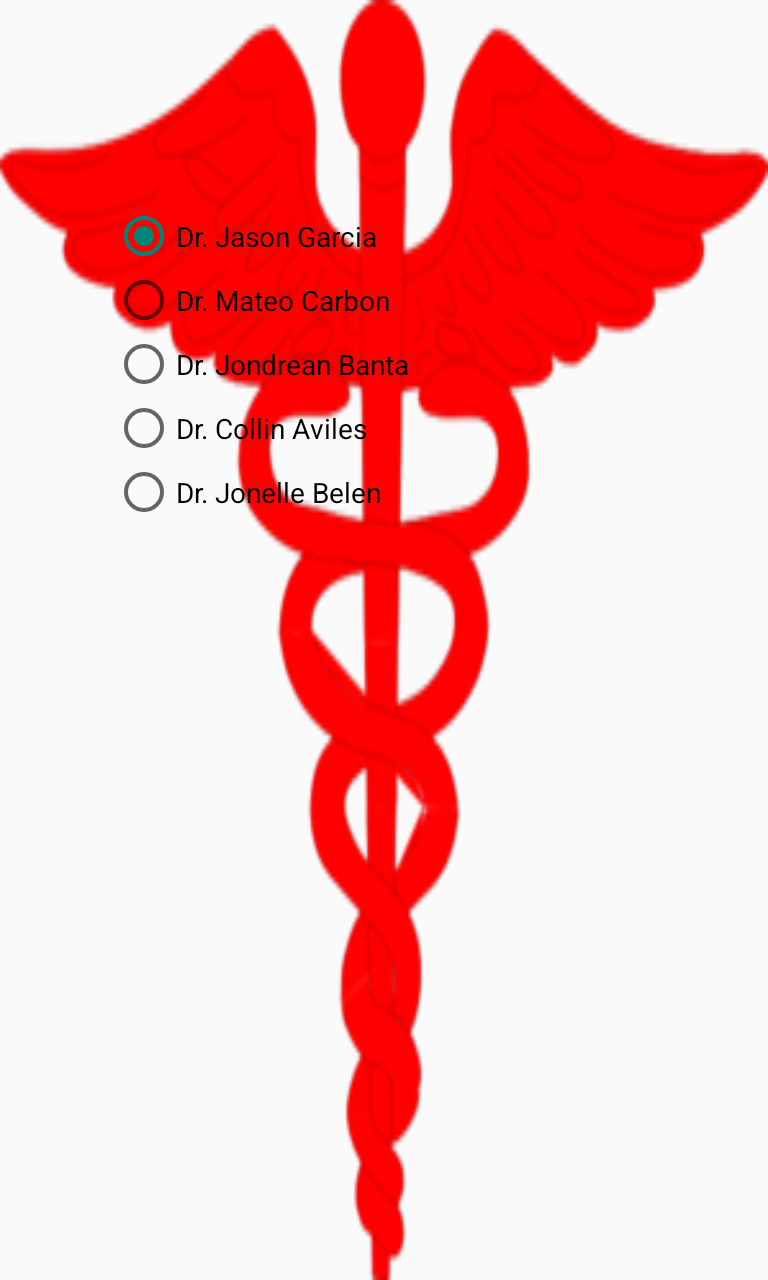
Repository: nave29/sem_1
Layout: VERSION_0.0/sem1_gica/res/layout/activity_doctors.xml
The author's editor kept a copy of each file at every save. The layout is drawn from the files as they stood at one save, then again after the next save.
It is drawn on a 768 x 1280 px phone screen (xhdpi) without system bars, with theme AppTheme; the app's code is not run.

Above is the layout before, as saved 2014-09-08 10:14:42.

### VERSION_0.0/sem1_gica/res/layout/activity_doctors.xml
<RelativeLayout xmlns:android="http://schemas.android.com/apk/res/android"
    xmlns:tools="http://schemas.android.com/tools"
    android:layout_width="match_parent"
    android:layout_height="match_parent"
    android:background="@drawable/doc"
    android:paddingBottom="@dimen/activity_vertical_margin"
    android:paddingLeft="@dimen/activity_horizontal_margin"
    android:paddingRight="@dimen/activity_horizontal_margin"
    android:paddingTop="@dimen/activity_vertical_margin"
    tools:context="com.example.sem1_gica.Doctors" >

    <RadioGroup
        android:id="@+id/radioGroup1"
        android:layout_width="wrap_content"
        android:layout_height="wrap_content"
        android:layout_alignParentLeft="true"
        android:layout_alignParentTop="true"
        android:layout_marginLeft="40dp"
        android:layout_marginTop="86dp" >

        <RadioButton
            android:id="@+id/radio0"
            android:layout_width="wrap_content"
            android:layout_height="wrap_content"
            android:checked="true"
            android:text="Dr. Jason Garcia" />

        <RadioButton
            android:id="@+id/radio1"
            android:layout_width="wrap_content"
            android:layout_height="wrap_content"
            android:text="Dr. Mateo Carbon" />

        <RadioButton
            android:id="@+id/radio2"
            android:layout_width="wrap_content"
            android:layout_height="wrap_content"
            android:text="Dr. Jondrean Banta" />
        <RadioButton
            android:id="@+id/radio4"
            android:layout_width="wrap_content"
            android:layout_height="wrap_content"
            android:text="Dr. Collin Aviles" />
        <RadioButton
            android:id="@+id/radio3"
            android:layout_width="wrap_content"
            android:layout_height="wrap_content"
            android:text="Dr. Jonelle Belen" />
    </RadioGroup>

</RelativeLayout>

Loaded but not shown: VERSION_0.0/sem1_gica/res/values/styles.xml (common file); VERSION_0.0/sem1_gica/res/values-v11/styles.xml (common file); VERSION_0.0/sem1_gica/res/values-v14/styles.xml (common file); VERSION_0.0/sem1_gica/res/values/dimens.xml (common file); VERSION_0.0/sem1_gica/res/values-w820dp/dimens.xml (common file)

After the next save:
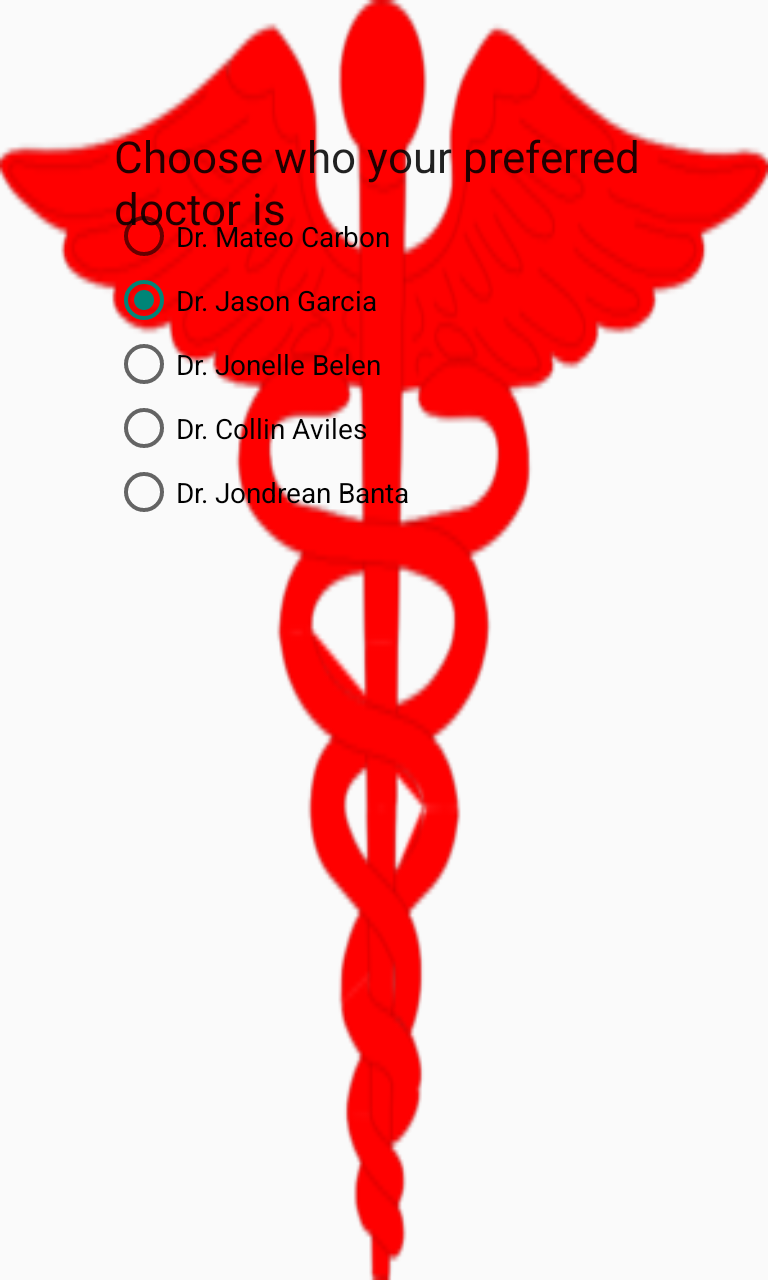
Saved 69 s later.
--- a/VERSION_0.0/sem1_gica/res/layout/activity_doctors.xml
+++ b/VERSION_0.0/sem1_gica/res/layout/activity_doctors.xml
@@ -19,6 +19,12 @@
         android:layout_marginTop="86dp" >
 
         <RadioButton
+            android:id="@+id/radio1"
+            android:layout_width="wrap_content"
+            android:layout_height="wrap_content"
+            android:text="Dr. Mateo Carbon" />
+
+        <RadioButton
             android:id="@+id/radio0"
             android:layout_width="wrap_content"
             android:layout_height="wrap_content"
@@ -26,26 +32,33 @@
             android:text="Dr. Jason Garcia" />
 
         <RadioButton
-            android:id="@+id/radio1"
+            android:id="@+id/radio3"
             android:layout_width="wrap_content"
             android:layout_height="wrap_content"
-            android:text="Dr. Mateo Carbon" />
+            android:text="Dr. Jonelle Belen" />
+
+        <RadioButton
+            android:id="@+id/radio4"
+            android:layout_width="wrap_content"
+            android:layout_height="wrap_content"
+            android:text="Dr. Collin Aviles" />
 
         <RadioButton
             android:id="@+id/radio2"
             android:layout_width="wrap_content"
             android:layout_height="wrap_content"
             android:text="Dr. Jondrean Banta" />
-        <RadioButton
-            android:id="@+id/radio4"
-            android:layout_width="wrap_content"
-            android:layout_height="wrap_content"
-            android:text="Dr. Collin Aviles" />
-        <RadioButton
-            android:id="@+id/radio3"
-            android:layout_width="wrap_content"
-            android:layout_height="wrap_content"
-            android:text="Dr. Jonelle Belen" />
     </RadioGroup>
 
+    <TextView
+        android:id="@+id/textView1"
+        android:layout_width="wrap_content"
+        android:layout_height="wrap_content"
+        android:layout_alignParentLeft="true"
+        android:layout_alignParentTop="true"
+        android:layout_marginLeft="41dp"
+        android:layout_marginTop="47dp"
+        android:text="Choose who your preferred doctor is"
+        android:textAppearance="?android:attr/textAppearanceLarge" />
+
 </RelativeLayout>
